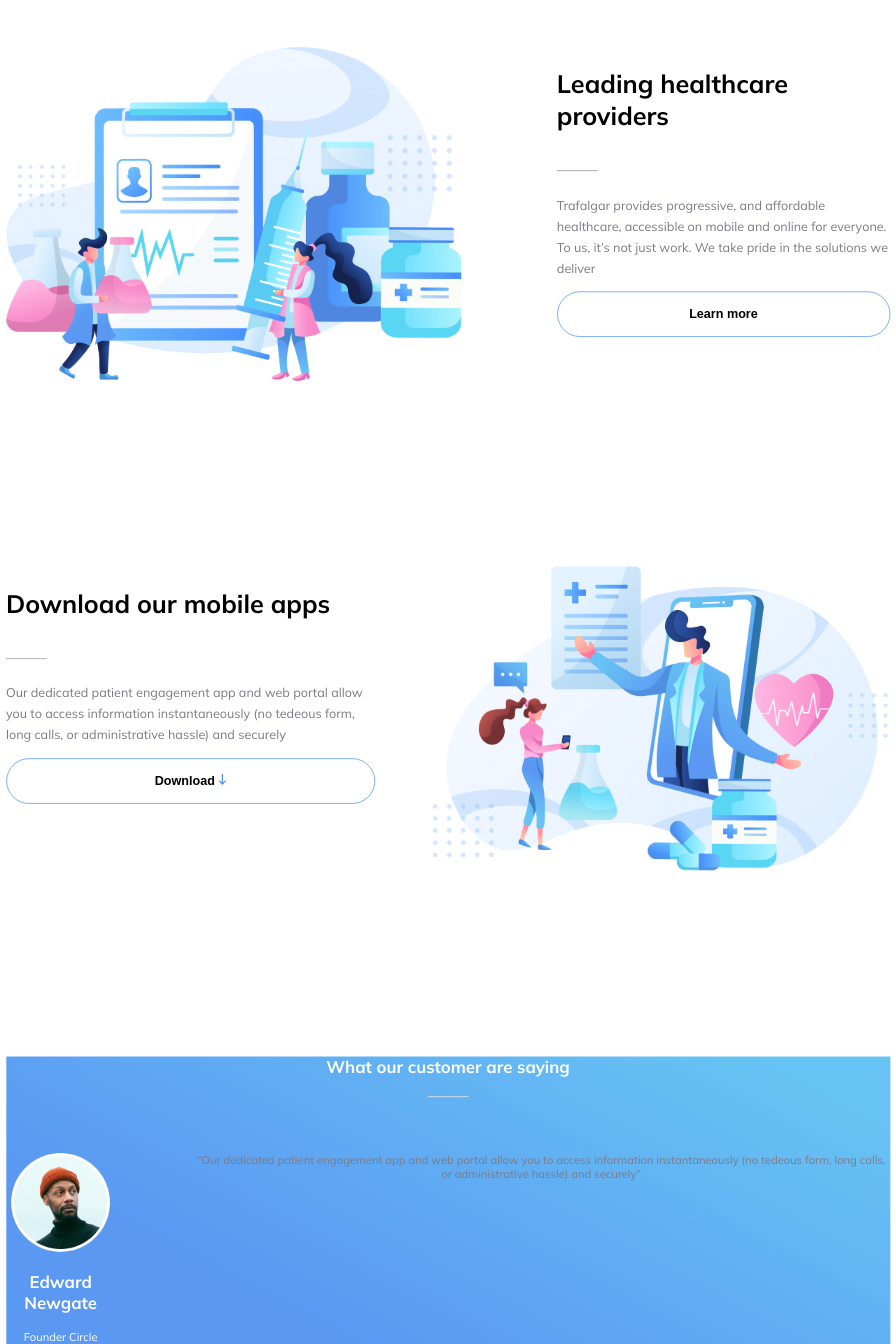
Repository: ivan-developer-01/trafalgar-layout
Page: index.html
These files come from the project's save history. The page is drawn as it stood at one moment and after the next save; the edit follows.
The browser window is 1280 px wide. The pictures show the part of the page from y = 2136 to 4056 px (the page is 4056 px tall before and 3931 px after), at 70% of full size.

Above is the page before, as saved 2024-11-08 15:23:26.

### index.html
<!DOCTYPE html>
<html lang="en">
<head>
	<meta charset="UTF-8">
	<meta http-equiv="X-UA-Compatible" content="IE=edge">
	<meta name="viewport" content="width=device-width, initial-scale=1.0">
	<title>Trafalgar Services</title>
	<link rel="preconnect" href="https://fonts.googleapis.com">
	<link rel="preconnect" href="https://fonts.gstatic.com" crossorigin>
	<link href="https://fonts.googleapis.com/css2?family=Mulish:ital,wght@0,200;0,300;0,400;0,500;0,600;0,700;0,800;0,900;1,200;1,300;1,400;1,500;1,600;1,700;1,800;1,900&display=swap" rel="stylesheet">
	<link rel="stylesheet" href="style.css">
</head>
<body>
	<header class="header">
		<div class="container">
			<!-- left part -->
			<div>
				<div class="logo">
					<img src="images/logo.png" alt="Trafalgar Logo">
				</div>
			</div>

			<!-- right part -->
			<div>
				<nav>
					<a href="#" class="nav__link nav__link-main">Home</a>
					<a href="#" class="nav__link">Find a doctor</a>
					<a href="#" class="nav__link">Apps</a>
					<a href="#" class="nav__link">Testimonials</a>
					<a href="#" class="nav__link">About us</a>
				</nav>
			</div>
		</div>
	</header>

	<main>
		<section class="main-info">
			<div class="container">
				<!-- left part -->
				<div>
					<h1>Virtual healthcare for you</h1>

					<p>Trafalgar provides progressive, and affordable healthcare, accessible on mobile and online for everyone</p>

					<button class="button round-button bg-blue">Consult today</button>
				</div>

				<!-- right part -->
				<div>
					<img src="images/hero.png" alt="Trafalgar hero image">
				</div>
			</div>

			<div class="overlay"></div>
		</section>

		<section class="our-services">
			<div class="container">
				<h2>Our services</h2>
				<hr>

				<p>We provide to you the best choiches for you. Adjust it to your health needs and make sure your undergo treatment with our highly qualified doctors you can consult with us which type of service is suitable for your health</p>

				<div class="cards">
					<div class="card">
						<img src="images/our-services/cards/search-doctor.svg" alt="Search doctor">
						<h3>Search doctor</h3>
						<p>Choose your doctor from thousands of specialist, general, and trusted hospitals</p>
					</div>
					<div class="card">
						<img src="images/our-services/cards/online-pharmacy.svg" alt="Online pharmacy">
						<h3>Online pharmacy</h3>
						<p>Buy  your medicines with our mobile application with a simple delivery system</p>
					</div>
					<div class="card">
						<img src="images/our-services/cards/consultation.svg" alt="Consultation">
						<h3>Consultation</h3>
						<p>Free consultation with our trusted doctors and get the best recomendations</p>
					</div>
					<div class="card">
						<img src="images/our-services/cards/details-info.svg" alt="Details info">
						<h3>Details info</h3>
						<p>Free consultation with our trusted doctors and get the best recomendations</p>
					</div>
					<div class="card">
						<img src="images/our-services/cards/emergency-care.svg" alt="Emergency care">
						<h3>Emergency care</h3>
						<p>You can get 24/7 urgent care for yourself or your children and your
lovely family</p>
					</div>
					<div class="card">
						<img src="images/our-services/cards/tracking.svg" alt="Tracking">
						<h3>Tracking</h3>
						<p>Track and save your medical history and health data</p>
					</div>
				</div>

				<button class="button round-button">Learn more</button>
			</div>

			<div class="overlay"></div>
			<div class="top-overlay"></div>
		</section>

		<section class="apps">
			<div class="container">
				<div class="flex-two-blocks">
					<!-- left part -->
					<div>
						<div class="image">
							<img src="images/apps/leading-healthcare-providers.png" alt="Leading healthcare providers">
						</div>
					</div>

					<!-- right part -->
					<div>
						<h2>Leading healthcare providers</h2>
						<hr>
						<p>
							Trafalgar provides progressive, and affordable healthcare, accessible on mobile and online for everyone. To us, it’s not just work. We take pride in the solutions we deliver
						</p>

						<button class="button round-button">Learn more</button>
					</div>
				</div>

				<div class="flex-two-blocks">
					<!-- left part -->
					<div>
						<h2>Download our mobile apps</h2>
						<hr>
						<p>
							Our dedicated patient engagement app and web portal allow you to access information instantaneously (no tedeous form, long calls, or administrative hassle) and securely
						</p>

						<button class="button round-button">Download
							<img src="images/arrow-download.svg" alt="Download icon">
						</button>
					</div>

					<!-- right part -->
					<div>
						<div class="image">
							<img src="images/apps/mobile-apps.png" alt="Mobile apps">
						</div>
					</div>
				</div>
			</div>
		</section>

		<section class="reviews">
			<div class="container">
				<h2>What our customer are saying</h2>
				<hr>
				<div class="review-slider">
					<div class="review">
						<div class="user">
							<img src="images/reviews/avatar-1.png" alt="Avatar" class="avatar">
							<div class="user-credentials">
								<h3>Edward Newgate</h3>
								<span>Founder Circle</span>
							</div>
						</div>

						<div class="review-text">
							<p>
								“Our dedicated patient engagement app and web portal allow you to access information instantaneously (no tedeous form, long calls, or administrative hassle) and securely”
							</p>
						</div>
					</div>
				</div>
			</div>
		</section>
	</main>
</body>
</html>

### style.css
html,
body {
	width: 100vw;
	margin: 0;
	padding: 0;
	font-family: 'Mulish', sans-serif;
}

.container {
	width: 100%;
	max-width: 1263px;
	margin: 0 auto;
}

section hr {
	width: 56px;
	margin-top: 26px;
	margin-bottom: 33px;
}

h1 {
	font-size: 48px;
}

h3 {
	font-size: 24px;
}

p {
	color: #7D7987;
	margin-top: 0;
}

.button {
	/* appearance: none; */
	border: 1px solid #458FF6;
	background: transparent;
	cursor: pointer;
	font-weight: 700;
	font-size: 18px;
	padding: 21px 41px;
}

.button.round-button {
	border-radius: 999px;
}

.bg-blue {
	background-color: #458FF6;
	color: #FFF;
}

/* header */
.header {
	padding-top: 56px;
}

.header .container {
	display: flex;
	justify-content: space-between;
	align-items: center;
}

.header nav {
	display: flex;
	gap: 40px;
	font-size: 18px;
}

.header nav a {
	text-decoration: none;
	color: #8f8a9a;
}

.header .nav__link-main {
	color: #1F1534;
}
/* /header */

/* main-info */
.main-info {
	position: relative;
}

.main-info .overlay {
	position: absolute;
	top: 0;
	left: 0;
	right: 0;
	bottom: 0;
	background-image: url(images/main-info-overlay.png);
	background-repeat: no-repeat;
	z-index: -1;
}

.main-info .container {
	display: flex;
	justify-content: space-between;
	align-items: center;
	gap: 109px;
}

.main-info p {
	font-size: 21px;
	line-height: 32px;
	margin-top: 25px;
	margin-bottom: 45px;
}
/* /main-info */

/* our-services */
.our-services {
	margin-top: 190px;
	position: relative;
}

.our-services .overlay,
.our-services .top-overlay {
	position: absolute;
	right: 0;
	bottom: 0;
	left: 0;
	background-repeat: no-repeat;
	z-index: -1;
	pointer-events: none;
}

.our-services .overlay {
	top: calc(20% - 44px);
	background-image: url(images/our-services/our-services-overlay.svg);
}

.our-services .top-overlay {
	top: 46%;
	left: 76%;
	background-image: url(images/our-services/our-services-top-overlay.svg);
}

.our-services .container {
	text-align: center;
}

.our-services p {
	max-width: 952px;
	margin: 0 auto;
}

.our-services .cards {
	display: grid;
	grid-template-columns: repeat(3, 1fr);
	gap: 34px;
	margin-top: 80px;
	position: relative;
	background: transparent;
}

.our-services .cards .card {
	box-shadow: 10px 40px 50px 0px #E5E9F666;
	/* top right bottom left */
	width: calc(350px - 52px - 36px);
	height: calc(354px - 58px - 47px);
	border-radius: 20px;
	padding: 58px 52px 47px 36px;
	text-align: left;
	background: #FFF;
	z-index: 1;
}

.our-services .cards .card p {
	font-size: 16px;
	line-height: 28px;
}

.our-services .cards .card h3 {
	margin-top: 36.25px;
}

.our-services .button {
	margin-top: 72px;
	color: #458FF6;
	border-width: 1.4px;
	min-width: 200px;
}
/* /our-services */

/* apps */
.apps {
	margin-top: 220px;
}

.apps .container {
	display: grid;
	gap: 265px;
}

.apps .flex-two-blocks {
	display: flex;
}

.apps .flex-two-blocks div {
	display: flex;
	flex-direction: column;
}

.apps .flex-two-blocks h2 {
	font-size: 36px;
}

.apps .flex-two-blocks hr {
	text-align: left;
	width: 56px;
	margin-left: 0;
	margin-right: 0;
}

.apps .flex-two-blocks p {
	font-size: 18px;
	line-height: 30px;
}

.apps .flex-two-blocks:first-child {
	gap: 137px;
}

.apps .flex-two-blocks:last-child {
	gap: 71px;
}
/* /apps */

/* reviews */
.reviews {
	margin-top: 266px;
}

.reviews .container {
	background: linear-gradient(208.18deg, #67C3F3 9.05%, #5A98F2 76.74%);
	color: white;
	text-align: center;
}

.review-slider .review {
	display: flex;
	justify-content: center;
	gap: 110px;
	margin-top: 80px;
}
/* /reviews */

After the next save:
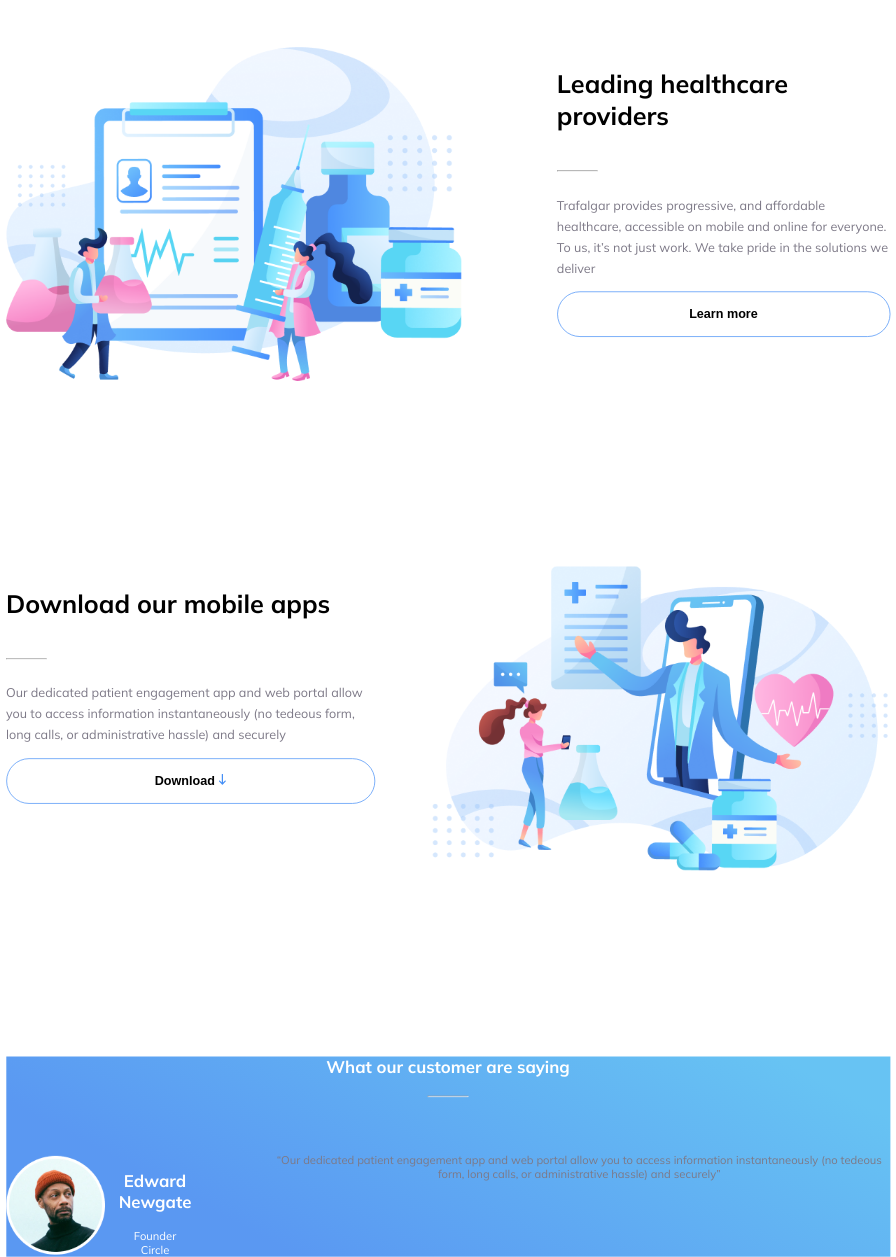
Saved 20 s later.
--- a/style.css
+++ b/style.css
@@ -244,4 +244,10 @@ p {
 	gap: 110px;
 	margin-top: 80px;
 }
+
+.review-slider .review .user {
+	display: flex;
+	align-items: center;
+	gap: 20px;
+}
 /* /reviews */
